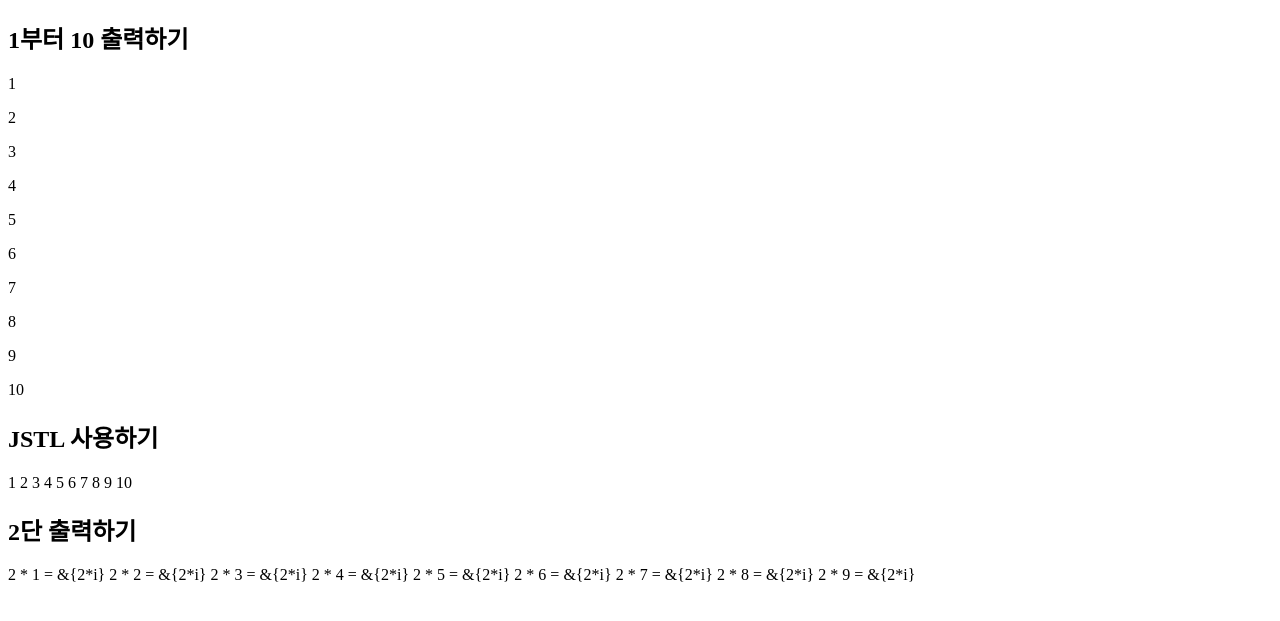
Repository: siwoo1214/acorn_server
Page: http://localhost/day08Prac/ex06
These files come from the project's save history. The page is drawn as it stood at one moment and after the next save; the edit follows.
The browser window is 1280 px wide. The pictures show the whole page.
The page is served by Tomcat 9.

Above is the page before, as saved 2025-04-09 07:27:38.

After the next save:
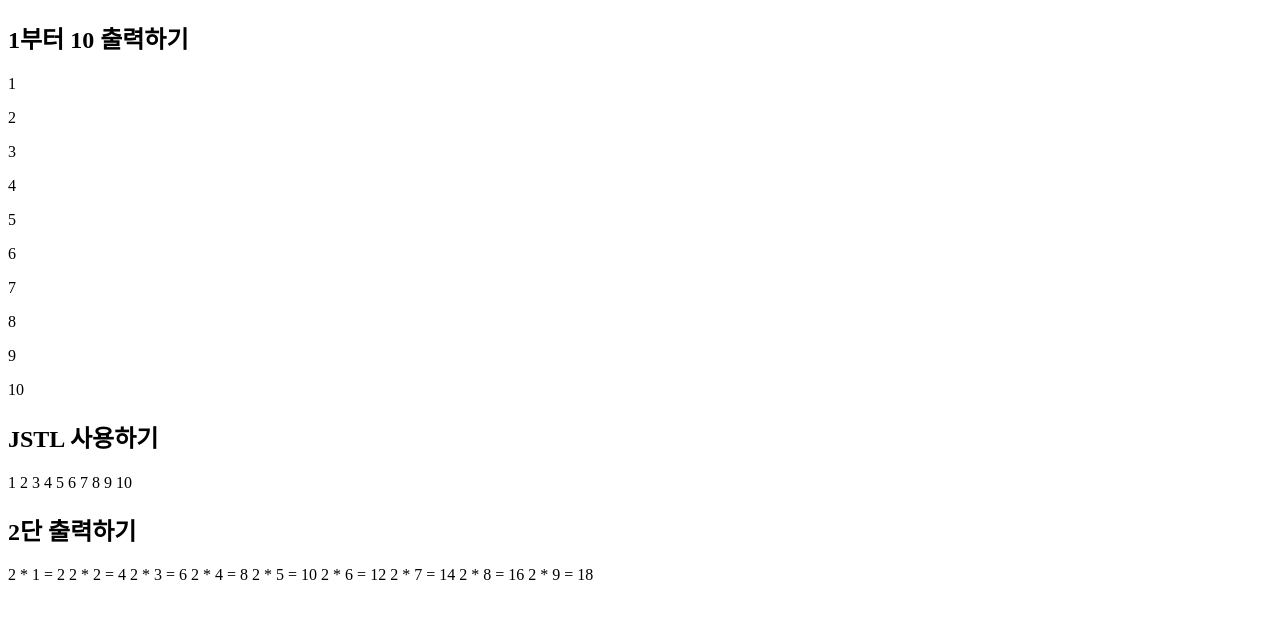
Saved 46 s later.
--- a/day08Prac/src/main/webapp/WEB-INF/views/ex06.jsp
+++ b/day08Prac/src/main/webapp/WEB-INF/views/ex06.jsp
@@ -22,7 +22,7 @@
 
 	<h2>2단 출력하기</h2>
 	<c:forEach var="i" begin="1" end="9">
-		2 * ${i} = &{2*i}
+		2 * ${i} = ${2*i}
 	</c:forEach>
 </body>
 </html>
